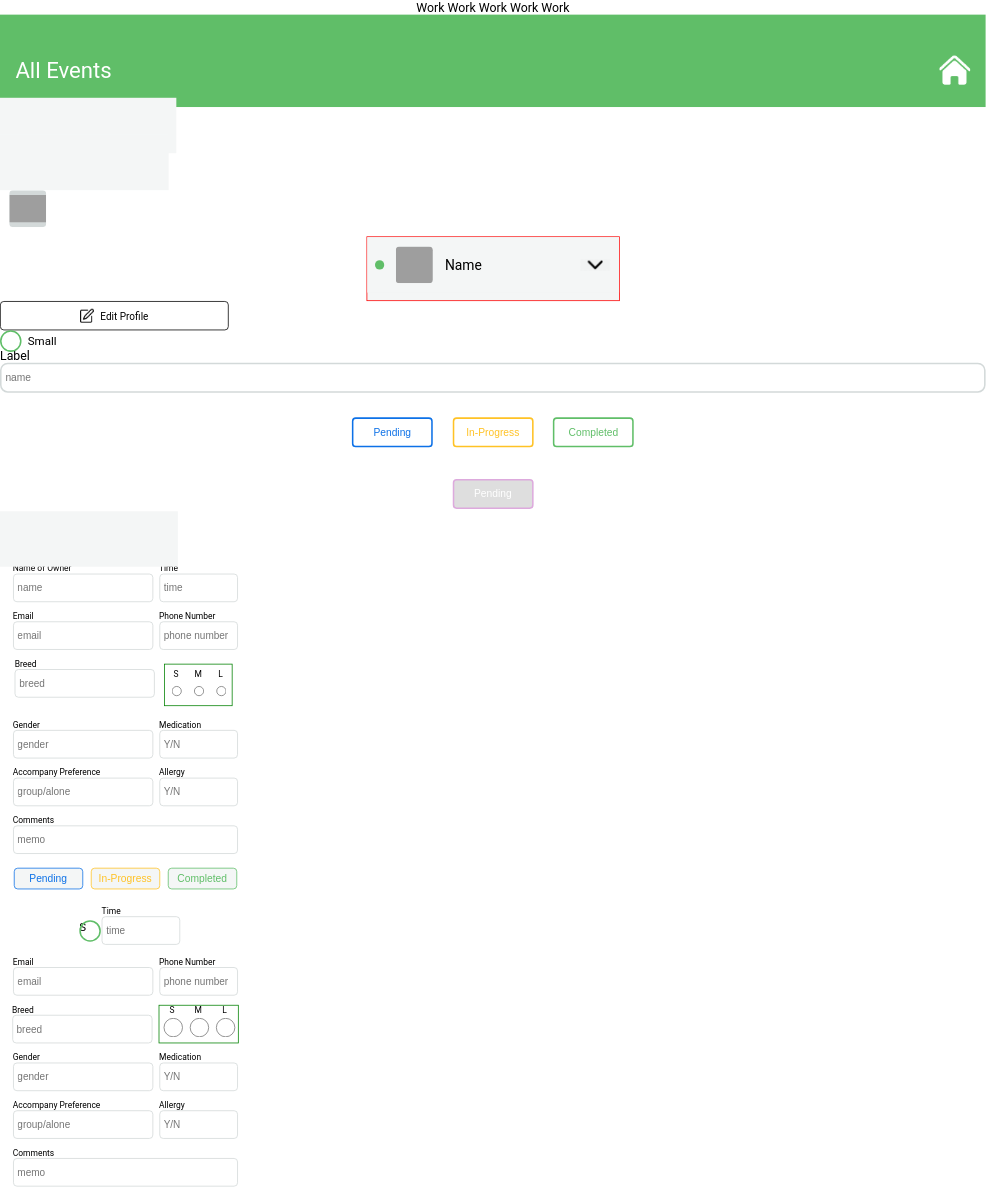
Repository: tanishap11/MDIA3109-Midterm
Page: / (app in midterm/)
These files come from the project's save history. The page is drawn as it stood at one moment and after the next save; the edit follows.
The browser window is 1280 px wide. The pictures show the whole page, at 77% of full size.
Pictures or frames that could not be fetched are drawn as grey boxes. The project was rebuilt for these pictures with package versions that can differ from the ones it lists, and the page was loaded fresh each time. Also part of the build but not shown: midterm/src/comps/Avatar/index.js, midterm/src/comps/Dot/index.js.

Above is the page before, as saved 2021-02-04 19:27:59.

### midterm/src/App.js
import './App.scss';
import Main from 'pages/main';

function App() {
  return (
    <div className="App">
      Work Work Work Work Work
      <Main />
    </div>
  );
}

export default App;

### midterm/src/App.scss
.App {
  text-align: center;
  font-family: 'roboto';
}

### midterm/src/pages/main/index.js
import React, { useState, useEffect } from 'react';
import Upload from 'comps/Upload';
import Avatar from 'comps/Avatar';
import Dot from 'comps/Dot';
import Pro_box from 'comps/Pro_box';
import Oliver from '../../image/oliver.jpeg';
import Spotty from '../../image/spotty.png';
import {Pending, Progress, Completed} from 'comps/Dot';
import EditBtn from 'comps/EditButton';
import Banner from 'comps/Banner';
import FliterCheck from 'comps/FliterCheck';
import FilterButton from 'comps/FilterButton';
import ActiveFilterImage from '../../image/filter-active.png';

import Input from 'comps/Input';
import PendingButton from 'comps/ProgressBut/Pending';
import ProgressButton from 'comps/ProgressBut/InProgress';
import CompletedButton from 'comps/ProgressBut/Completed';
import LandingPage from 'comps/ProgressBut/Test';

import Input_box from 'comps/inputBox';
import FilterBox from 'comps/FilterBox';
// require('typeface-roboto');

const Main = () => {

  const [clickedButton, setClickedButton] = useState(null);

  const ButtonColorSelect = (name) =>{
    setClickedButton(name);
  }

  return <div className="main">
    <Banner />
    <FilterButton />
    <FilterButton name="Add" display="none" img=""/>
      <Upload />
      <Pro_box />
      <EditBtn />
      <FliterCheck />
      <Input /> <br/>
      <PendingButton
          colorChange={ButtonColorSelect}
          name="Pending"
        />
        {/* <br/><br/> */}
        <ProgressButton
          colorChange={ButtonColorSelect}
          name="Pending"
        />
        {/* <br/><br/> */}
       <CompletedButton
          colorChange={ButtonColorSelect}
          name="Pending"
        />
        <LandingPage></LandingPage>


      <FilterButton bgcolor="white" border="2px solid #60BE68" color="#60BE68" img={ActiveFilterImage}/>
      <Input_box />


      <FilterBox />
  </div>

}

export default Main;

### midterm/src/comps/Upload/index.js
import React from 'react';
import styled from 'styled-components';
import UploadImage from '../../image/upload.png';

const Container = styled.div`
min-width: ${props=>props.width ? props.width : "48px"};
min-height: ${props=>props.height ? props.height : "48px"};
max-width: ${props=>props.width ? props.width : "48px"};
max-height: ${props=>props.height ? props.height : "48px"};
// display: flex;
// flex-direction: column;
// justify-cotent: center;
align-items: center;
background-image: url(${props=>props.img ? props.img : UploadImage});
background-size: contain;
background-repeat: no-repeat;
background-position: center;
background-color: #D3D9D9;
border-radius: 5px;
margin: 12px;
`;

const Upload = ({width, height, img}) => {
    return <Container width={width} height={height} img={img}>

    </Container>
};

Upload.defaultProps = {
    width: null,
    height: null,
    img: null,
}

export default Upload;

### midterm/src/comps/EditButton/index.js
import React from 'react';
import styled from 'styled-components';
import Edit from '../../image/edit.png';


const Container = styled.div`
min-width: ${props=>props.width ? props.width : "295px"};
min-height: ${props=>props.height ? props.height : "36px"};
max-width: ${props=>props.width ? props.width : "295px"};
max-height: ${props=>props.height ? props.height : "36px"};
background-color: "#ffffff";
border-radius:5px;
border:black solid 1px;
display:flex;
justify-content:center;
align-items:center;
font-size:13px;

`;

const EditIcon = styled.div`
    min-width: ${props=>props.width ? props.width : "18px"};
    min-height: ${props=>props.height ? props.height : "18px"};
    max-width: ${props=>props.width ? props.width : "18px"};
    max-height: ${props=>props.height ? props.height : "18px"};
    background-image: url(${Edit});
    background-size: cover;
    background-repeat: no-repeat;
    background-position: center;
    margin-right:8px;
`;

const textBox = styled.div``;

const EditBtn = ({width, height, bgcolor, img, text}) => {
    return <Container width={width} height={height} bgcolor={bgcolor}>
        <EditIcon />
        <textBox>{text}</textBox>
    </Container>
};

EditBtn.defaultProps = {
    width: null,
    height: null,
    bgcolor: "#ffffff",
    img: null,
    text: "Edit Profile"
}

export default EditBtn;

### midterm/src/comps/Banner/index.js
import React from 'react';
import styled from 'styled-components';
import Home from '../../image/home.png';

const Container = styled.div`
min-width: ${props=>props.width ? props.width : "50%"};
min-height: ${props=>props.height ? props.height : "96px"};
max-width: ${props=>props.width ? props.width : "100vw"};
max-height: ${props=>props.height ? props.height : "auto"};
display: flex;
justify-content:space-between;
align-items: center;
color:${props=>props.bgcolor ? props.bgcolor : "#ffffff"};
background-color: ${props=>props.bgcolor ? props.bgcolor : "#60BE68"};
font-size: 1.8em;
padding:24px 20px 0px 20px;
`;

const HomeIcon = styled.div`
min-width: ${props=>props.width ? props.width : "40px"};
min-height: ${props=>props.height ? props.height : "38px"};
max-width: ${props=>props.width ? props.width : "40px"};
max-height: ${props=>props.height ? props.height : "38px"};
background-image: url(${Home});
background-size: cover;
background-repeat: no-repeat;
background-position: center;
`;

const Banner = ({width, height,color, bgcolor, text}) => {
    return <Container color={color} bgcolor={bgcolor} width={width} height={height}>
        {text}
        <HomeIcon />
    </Container>
};

Banner.defaultProps = {
    width: null,
    height: null,
    color:null,
    bgcolor: null,
    text: "All Events"
}

export default Banner;

### midterm/src/comps/Input/index.js
import React, {useState, useEffect} from 'react';
import styled from 'styled-components';

const Container = styled.div`
display:flex;
text-align:left;
flex-direction:column;
max-width:
`;

const InputBox = styled.input`
min-height:25px;
border-radius: 10px;
border: 2px solid #D3D9D9;
padding:5px;
`;



const Input = ({ title, name, width, height, bgcolor, onInputComplete, onContainerSelect }) => {

    const [username, setUsername] = useState("");




    return <Container OnClick={()=>{
        onContainerSelect(name);
    }} >
        <div className="title">{title}</div>
            <InputBox type='text' placeholder='name' onChange={(e)=>{
                setUsername(e.target.value);
            }}>{}</InputBox>

    </Container>
}

Input.defaultProps = {
    width: null,
    height: null,
    bgcolor: null,
    onInputComplete: () => {},
    onContainerSelect: () => {},
    title:'Label',
}

export default Input;








// const Container = styled.div`
// min-width:${props=>props.width ? props.width : "300px"};
// min-height:${props=>props.height ? props.height : "100px"};
// max-width:${props=>props.width ? props.width : "50%}"};
// max-height:${props=>props.height ? props.height : "300px"};
// padding:10px;
// display: flex;
// flex-direction:column;
// ${props => props.bgcolor && "background-color:"+props.bgcolor+";"}
// & > span {
//     margin:5px;
// }

// `;

// const InputBox = styled.input`
// min-height:25px;
// padding:5px;
// `;

// const Input = ({name}) =>{
//     return <Container>
//         <InputBox>
//             <div>{name}</div>
//         </InputBox>

//     </Container>
// }

// Input.defaultProps = {
//     name:'Comments',
// }

// export default Input;

### midterm/src/comps/ProgressBut/Pending/index.js
import React, {useState, useEffect} from 'react';
import styled from 'styled-components';
// import Button from '@material-ui/core/Button'

// const Button = styled.button`
//     padding: 10px 15px;
//     border-radius:5px;
//     min-height:26px;
//     min-width:90px;
//     color: #0D71E7;
//     border: 2px solid #0D71E7;
//     background-color: #ffffff;
//     cursor:pointer;
// `;

// function PendingButton() {
//     const [color, setColor]=useState('#DDD')
//     function customMe()
//     {
//         setColor('#ADD')
//     }
//     return (
//         <Button
//         color={color}
//         variant="outlined"
//         onClick={()=>customMe()}
//         >Pending
//         </Button>
//     )
// }












const FormButton = styled.button`
padding: 10px 15px;
border-radius:5px;
min-height:26px;
min-width:105px;
max-width:105px;
color: #0D71E7;
border: 2px solid #0D71E7;
background-color: #ffffff;
cursor: pointer;
margin:1%;
`;

const PendingButton = ({ name, width, height, bgcolor, colorChange, onContainerSelect }) => {

    const [username, setUsername] = useState("");
    const [pass, setPass] = useState("");
    const [msg, setMsg] = useState("");
    const [check1, setCheck1] = useState(false);
    const [check2, setCheck2] = useState(false);
    const [check3, setCheck3] = useState(false);


    useEffect(()=>{
        setCheck1(check3);
        setCheck2(check3);
    }, [check3]);

    useEffect(()=>{
        // alert("change bg");
    }, [bgcolor]);


    return<FormButton onClick={()=>{
            colorChange(name);
        }} bgcolor={bgcolor}>
            Pending
    </FormButton>

}

PendingButton.defaultProps = {
    width: null,
    height: null,
    bgcolor: null,
    colorChange: () => {},
}

export default PendingButton;

### midterm/src/comps/ProgressBut/InProgress/index.js
import React, {useState, useEffect} from 'react';
import styled from 'styled-components';
// import Button from '@material-ui/core/Button'

// const Button = styled.button`
//     padding: 10px 15px;
//     border-radius:5px;
//     min-height:26px;
//     min-width:90px;
//     color: #FFC225;
//     border: 2px solid #FFC225;
//     background-color: #ffffff;
//     cursor:pointer;
// `;

// function ProgressButton() {
//     const [color, setColor]=useState('#DDD')
//     function customMe()
//     {
//         setColor('#ADD')
//     }
//     return (
//         <Button
//         color={color}
//         variant="outlined"
//         onClick={()=>customMe()}
//         >Progress
//         </Button>
//     )
// }












const FormButton = styled.button`
padding: 10px 15px;
border-radius:5px;
min-height:26px;
min-width:105px;
max-width:105px;
color: #FFC225;
border: 2px solid #FFC225;
background-color: #ffffff;
cursor: pointer;
margin:1%;
`;

const ProgressButton = ({ name, width, height, bgcolor, colorChange, onContainerSelect }) => {

    const [username, setUsername] = useState("");
    const [pass, setPass] = useState("");
    const [msg, setMsg] = useState("");
    const [check1, setCheck1] = useState(false);
    const [check2, setCheck2] = useState(false);
    const [check3, setCheck3] = useState(false);


    useEffect(()=>{
        setCheck1(check3);
        setCheck2(check3);
    }, [check3]);

    useEffect(()=>{
        // alert("change bg");
    }, [bgcolor]);


    return<FormButton onClick={()=>{
            colorChange(name);
        }} bgcolor={bgcolor}>
            In-Progress
    </FormButton>

}

ProgressButton.defaultProps = {
    width: null,
    height: null,
    bgcolor: null,
    colorChange: () => {},
}

export default ProgressButton;

### midterm/src/comps/ProgressBut/Completed/index.js
import React, {useState, useEffect} from 'react';
import styled from 'styled-components';
// import Button from '@material-ui/core/Button'

// const Button = styled.button`
//     padding: 10px 15px;
//     border-radius:5px;
//     min-height:26px;
//     min-width:90px;
//     color: #60BE68;
//     border: 2px solid #60BE68;
//     background-color: #ffffff;
//     cursor:pointer;
// `;

// function CompletedButton() {
//     const [color, setColor]=useState('#DDD')
//     function customMe()
//     {
//         setColor('#ADD')
//     }
//     return (
//         <Button
//         color={color}
//         variant="outlined"
//         onClick={()=>customMe()}
//         >Completed
//         </Button>
//     )
// }












const FormButton = styled.button`
padding: 10px 15px;
border-radius:5px;
min-height:26px;
min-width:105px;
max-width:105px;
color: #60BE68;
border: 2px solid #60BE68;
background-color: #ffffff;
cursor: pointer;
margin:1%;
`;

const CompletedButton = ({ name, width, height, bgcolor, colorChange, onContainerSelect }) => {

    const [username, setUsername] = useState("");
    const [pass, setPass] = useState("");
    const [msg, setMsg] = useState("");
    const [check1, setCheck1] = useState(false);
    const [check2, setCheck2] = useState(false);
    const [check3, setCheck3] = useState(false);


    useEffect(()=>{
        setCheck1(check3);
        setCheck2(check3);
    }, [check3]);

    useEffect(()=>{
        // alert("change bg");
    }, [bgcolor]);


    return<FormButton onClick={()=>{
            colorChange(name);
        }} bgcolor={bgcolor}>
            Completed
    </FormButton>

}

CompletedButton.defaultProps = {
    width: null,
    height: null,
    bgcolor: null,
    colorChange: () => {},
}

export default CompletedButton;

### midterm/src/comps/ProgressBut/Test/index.js
import React, { Component } from 'react';
import styled from 'styled-components';

const Container = styled.div`
  .buttonthink {
      padding: 10px 15px;
      border-radius:5px;
      min-height:26px;
      min-width:105px;
      max-width:105px;
      color: white;
      border: 2px solid #DAD;
      background-color: #grey;
      cursor: pointer;
      margin:1%;
  }
`;

class LandingPage extends Component {



  constructor(props) {
    super(props);

    this.state = {
      name: '',
      message: '',
      list: [],

      font: "black",
      color: "#dedede"


    }
  }


 onChange = () => {
  var left = document.querySelectorAll(".left");
  if (this.state.color === '#dedede'){
    this.setState({ color: '#DAD' });
  }
  else {
    this.setState({ color: '#dedede' });
  }
}

  render() {
    return <Container className='container'>

      {/* messages will be listed here */}
      <div className='messagesDiv' id='messagesDivId'>
        <ul>
          {/* List array is mapped through*/}
          {this.state.list.map(item => {
            return (
              <li className={(item.name === this.state.name ? 'right' : 'left')}
              style={{ color: this.state.font }}
                key={item.id}
                id={item.id}>
                {item.name}: {item.message}
              </li>
            )
          })}
        </ul>
      </div>

      {/*think, delete options*/}

      <button className='buttonthink' style={{ backgroundColor: this.state.color,  }} onClick={this.onChange}>Pending</button>

    </Container>
  }
}

export default LandingPage;

### midterm/src/comps/inputBox/index.js
import React, { useState, useEffect } from 'react';
import styled from 'styled-components';


const Container = styled.div`
    width: 325px;
    height:auto;
    display:flex;
    flex-direction:column;
    justify-content:center;
    align-items:center;
    // border: solid 1px red;
`;

const InputRow = styled.div`
    display:flex;
    justify-content:center;
    div{
        display:inline-flex;
        flex-direction:column;
        align-items:flex-start;
        margin:6px 4px;
    }
`;
const InputRadio = styled.div`
    display:inline-flex !important;
    flex-direction:row !important;
    border: 1px solid green;
    margin-left: 6px;
    div{
        display:flex;
        align-items:center;
        // margin: 0px -32px;
    }
`;

const InputLabel = styled.label`
    font-size: 11px;

`
const InputForm = styled.input`
    min-width: ${props=>props.width ? props.width : "90px"};
    min-height: ${props=>props.height ? props.height: "28px"};
    max-width: ${props=>props.width ? props.width : "280px"};
    overflow:hidden;
    font-size:13px;
    border: 1px solid #D3D9D9;
    border-radius:5px;
    min-height:25px;
    padding:5px;

`;

const InputRadioForm = styled.input`
    overflow:hidden;
    font-size:13px;
    border: 1px solid #D3D9D9;
    border-radius:5px;
    min-height:25px;
    padding:5px;
`;
export const Pending = "#0D71E7";
export const Progress = "#FFC225";
export const Completed = "#60BE68";

const ButtonRow = styled.div`
    display:flex;
    align-items:space-between;
    justify-contents:center;
`;
const ProcessBtn = styled.button`
    min-width: ${props=>props.width ? props.width : "90px"};
    min-height: ${props=>props.height ? props.height: "28px"};
    border: ${props=>props.bdcolor ?  "1px solid"+props.bdcolor+";" : "none"};
    border-radius:5px;
    color:${props=>props.ftcolor ? props.ftcolor : "#F4F6F6" };
    background-color:${props=>props.bgcolor ?  "#F4F6F6" : props.bgcolor};
    :active, :focus{
        background-color:${props=>props.bgcolor ? props.bgcolor : "#F4F6F6"};
        color:${props=>props.ftcolor ? "#F4F6F6" : props.ftcolor};
    }
    margin:12px 5px 16px 5px;
`;


const Input_box = ({ width, height,text, bgcolor, bdcolor, ftcolor, onBtnSelect}) => {

    return <Container width={width} height={height}>
        <InputRow>
            <div>
                <InputLabel for="owner" >Name of Owner</InputLabel>
                <InputForm width="170px" height={height}  type='text' placeholder='name' />
            </div>
            <div>
                <InputLabel for="time" >Time</InputLabel>
                <InputForm width="90px" height={height}  type='text' placeholder='time' />
            </div>
        </InputRow>
        <InputRow>
            <div>
                <InputLabel for="email" >Email</InputLabel>
                <InputForm width="170px" height={height}  type='text' placeholder='email' />
            </div>
            <div>
                <InputLabel for="phone" >Phone Number</InputLabel>
                <InputForm width="90px" height={height}  type='text' placeholder='phone number' />
            </div>
        </InputRow>
        <InputRow>
            <div>
                <InputLabel for="breed" >Breed</InputLabel>
                <InputForm width="170px" height={height}  type='text' placeholder='breed' />
            </div>
            <div>
                <InputRadio>
                    <div>
                        <InputLabel for="size" >S</InputLabel>
                        <InputRadioForm type='radio' value='small' />
                    </div>
                    <div>
                        <InputLabel for="size" >M</InputLabel>
                        <InputRadioForm  type='radio' value='medium' />
                    </div>
                    <div>
                        <InputLabel for="size" >L</InputLabel>
                        <InputRadioForm type='radio' value='large' />
                    </div>
                </InputRadio>
            </div>
        </InputRow>

        <InputRow>
            <div>
                <InputLabel for="gender" >Gender</InputLabel>
                <InputForm width="170px" height={height}  type='text' placeholder='gender' />
            </div>
            <div>
                <InputLabel for="medication" >Medication</InputLabel>
                <InputForm width="90px" height={height}  type='text' placeholder='Y/N' />
            </div>
        </InputRow>
        <InputRow>
            <div>
                <InputLabel for="preference" >Accompany Preference</InputLabel>
                <InputForm width="170px" height={height}  type='text' placeholder='group/alone' />
            </div>
            <div>
                <InputLabel for="allergy" >Allergy</InputLabel>
                <InputForm width="90px" height={height}  type='text' placeholder='Y/N' />
            </div>
        </InputRow>
        <InputRow>
            <div>
                <InputLabel for="comments" >Comments</InputLabel>
                <InputForm width="280px" height="auto"  type='text' placeholder='memo' />
            </div>
        </InputRow>

        <ButtonRow>
            <ProcessBtn onClick={()=>{
                // onBtnSelect("bg");
            }}
             bgcolor={Pending} bdcolor={Pending} ftcolor={Pending} >Pending</ProcessBtn>
            <ProcessBtn bgcolor={Progress} bdcolor={Progress} ftcolor={Progress} >In-Progress</ProcessBtn>
            <ProcessBtn bgcolor={Completed} bdcolor={Completed} ftcolor={Completed} >Completed</ProcessBtn>
        </ButtonRow>

    </Container>
};

Input_box.defaultProps = {
    width: null,
    height: null,
    text:"label",
    bgcolor:null,
    bdcolor:null,
    ftcolor:"#FFC225"
}

export default Input_box;

Loaded but not shown: midterm/public/index.html (common file); midterm/src/index.js (common file); midterm/src/index.css (common file); midterm/src/reportWebVitals.js (common file); midterm/src/comps/Pro_box/index.js (177 lines, source omitted); midterm/src/comps/FilterBox/index.js (175 lines, source omitted); midterm/src/comps/FilterButton/index.js (178 lines, source omitted); midterm/src/comps/FliterCheck/index.js (93 lines, source omitted)

After the next save:
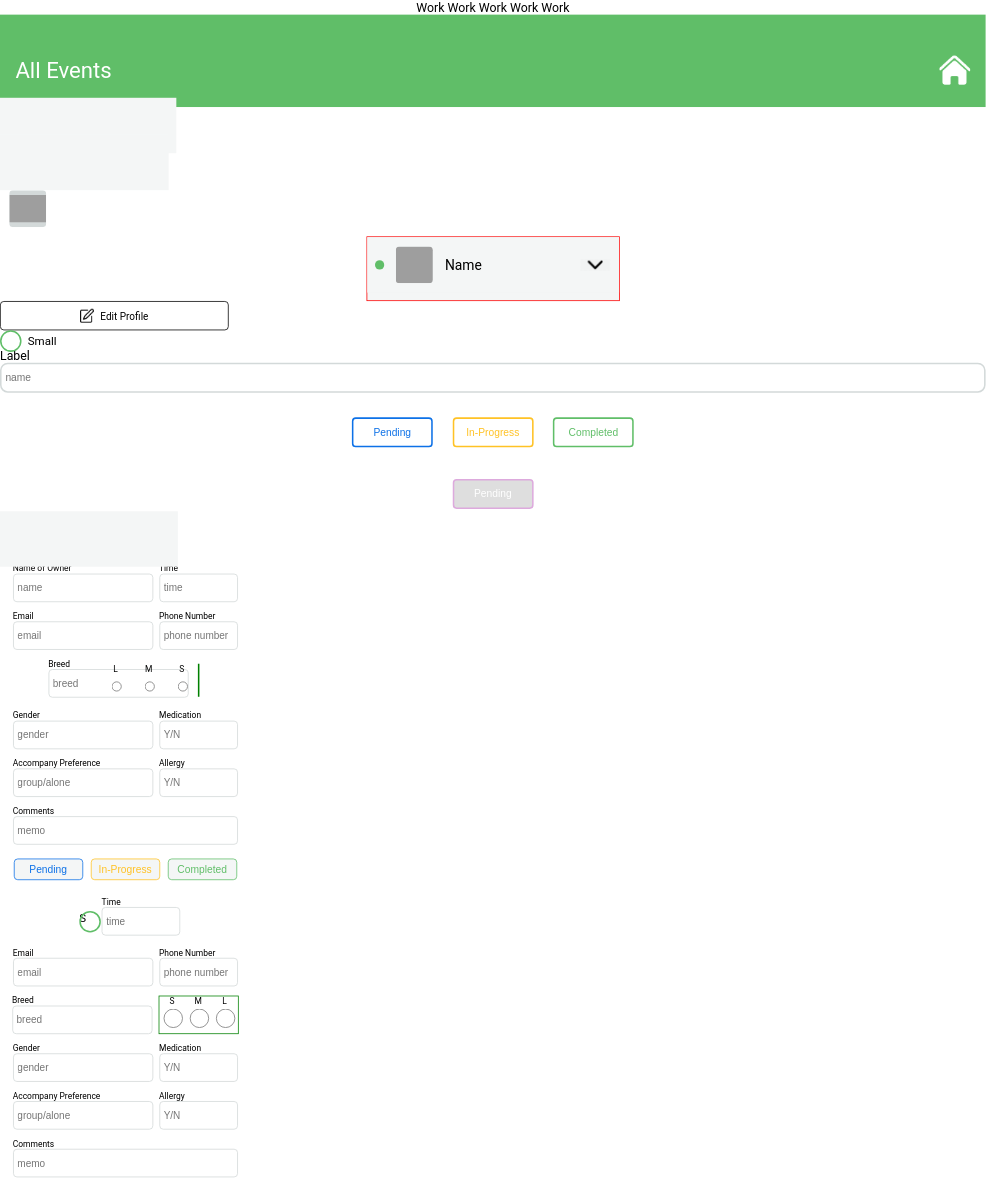
Saved 8 s later.
--- a/midterm/src/comps/inputBox/index.js
+++ b/midterm/src/comps/inputBox/index.js
@@ -30,7 +30,7 @@ const InputRadio = styled.div`
     div{
         display:flex;
         align-items:center;
-        // margin: 0px -32px;
+        margin: 0px -32px;
     }
 `;
 
